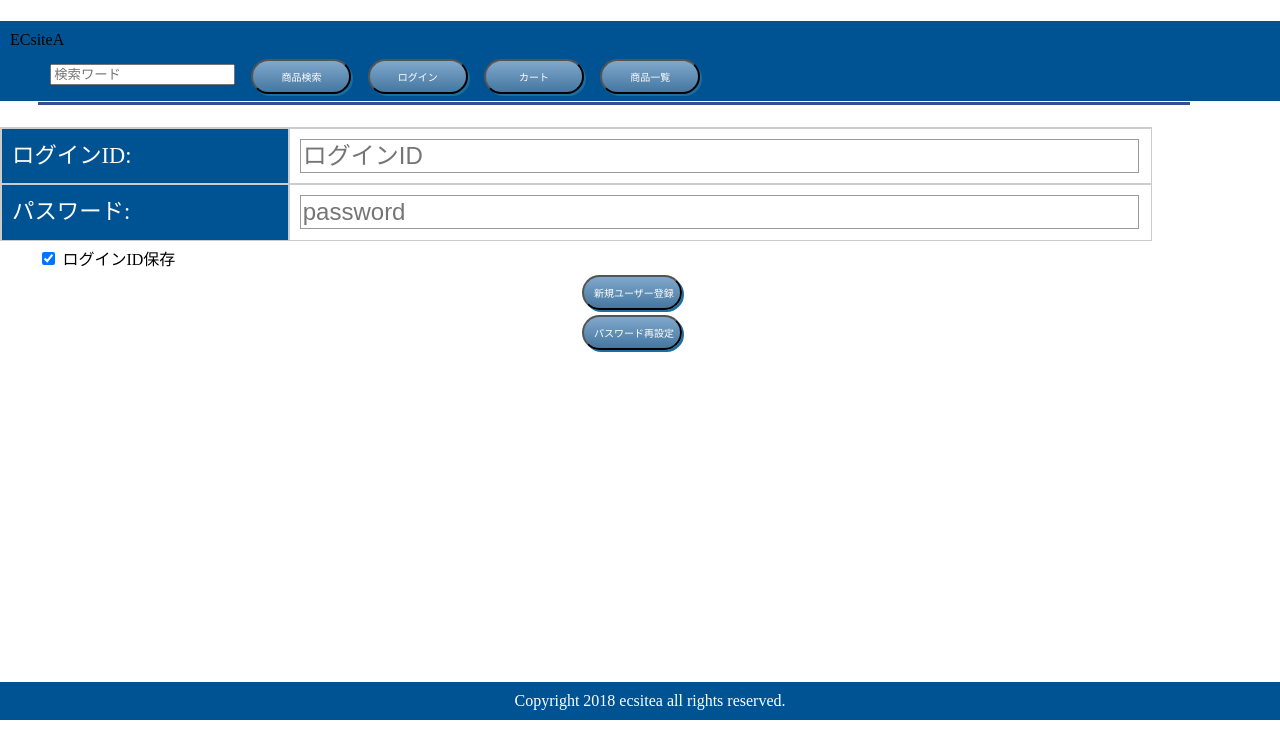
Repository: YougA-pi-URA/eclipse-work-space
Page: http://localhost/ecsitea/login.jsp
These files come from the project's save history. The page is drawn as it stood at one moment and after the next save; the edit follows.
The browser window is 1280 px wide. The pictures show the whole page.
Some web libraries are served in a nearby version. The page is served by Tomcat 9. Other server files are loaded and not shown.

Above is the page before, as saved 2018-09-06 07:39:05.
Console error (its wording comes from the project's code and is left out).

### ecsitea/WebContent/login.jsp
<%@ page language="java" contentType="text/html; charset=UTF-8"
    pageEncoding="UTF-8"%>
<%@ taglib prefix="s" uri="/struts-tags" %>
<%@ taglib prefix="c" uri="http://java.sun.com/jsp/jstl/core" %>
<!DOCTYPE html>
<html>
<head>
<meta charset="UTF-8">
<link rel="stylesheet" href="./css/style.css">
<title>ログイン</title>
<script>
function goLoginAction(){
	document.getElementById("form").action="GoLoginAction";
}
function goCreateUserAction(){
	document.getElementById("form").action="CreateUserAction";
}
function goResetPasswordAction(){
	document.getElementById("form").action="ResetPasswordAction";
}
</script>
</head>
<body>

	<jsp:include page="header.jsp" />
	<div id="containts">
		<h1>ログイン画面</h1>

		<s:form id="form" action="LoginAction">
			<s:if test="!#session.loginIdErrorMessageList.isEmpty()">
				<div class="error">
					<s:iterator value="#session.loginIdErrorMessageList">
						<s:property/><br>
					</s:iterator>
				</div>
			</s:if>

			<s:if test="!#session.passwordErrorMessageList.isEmpty()">
				<div class="error">
					<s:iterator value="#session.passwordErrorMessageList">
						<s:property/><br>
					</s:iterator>
				</div>
			</s:if>

			<table class="vertical-list-table">
				<tr>
					<th scope="row"><s:label value="ログインID:" /></th>
					<s:if test="#session.savedLoginId=true">
					<td><s:textfield name="loginId" class="txt" placeholder="ログインID" value="%{#session.loginId}" autocomplete="off" /></td>
					</s:if>
					<s:else>
					<td><s:textfield name="loginId" class="txt" placeholder="ログインID" autocomplete="off" /></td>
					</s:else>
				</tr>

				<tr>
					<th scope="row"><s:label value="パスワード:" /></th>
					<td><s:password name="password" class="txt" placeholder="password" autocomplete="off" /></td>
				</tr>
			</table>
			<div class="box">
				<s:if test="#session.savedLoginId==true">
					<s:checkbox name="savedLoginId" checked="checked" />
				</s:if>
				<s:else>
					<s:checkbox name="savedLoginId" />
				</s:else>
				<s:label value="ログインID保存" /><br>
			</div>
		</s:form>
		<br>
		<div class="submit_btn_box">
			<div id=".contents-btn-set">
				<s:form action="CreateUserAction">
					<s:submit value="新規ユーザー登録" class="submit_btn" />
				</s:form>
			</div>
		</div>
		<div class="submit_btn_box">
			<div id=".contents-btn-set">
				<s:form action="ResetPasswordAction">
					<s:submit value="パスワード再設定" class="submit_btn" />
				</s:form>
			</div>
		</div>
	</div>
	<s:include value="footer.jsp" />

</body>
</html>

### ecsitea/WebContent/header.jsp
<%@ page language="java" contentType="text/html; charset=UTF-8"
    pageEncoding="UTF-8"%>
<%@ taglib prefix="s" uri="/struts-tags" %>
<%@ taglib prefix="c" uri="http://java.sun.com/jsp/jstl/core" %>
<!DOCTYPE html>
<html>
<head>
<!-- <link rel="stylesheet" href="./css/style.css"> -->
<meta charset="UTF-8">
<script>
function goLoginAction(){
	document.getElementById("form").action="GoLoginAction";
}
function goMyPageAction(){
	document.getElementById("form").action="GoMyPageAction";
}
function goCartAction(){
	document.getElementById("form").action="CartAction";
}
function goProductListAction(){
	document.getElementById("categoryId").value=1;
	document.getElementById("form").action="ProductListAction";
}
function goLogoutAction(){
	document.getElementById("form").action="GoLogoutAction";
}
function goSearchItemAction(){
	document.getElementById("form").action="SearchItemAction";
}
</script>
<title>header</title>
</head>
<body>
<header>

	<div id="header">
		<div id="header=title">
			ECsiteA
		</div>
		<div id="header-menu">
			<ul>
				<s:form id="form" name="form">

					<s:if test="#session.containsKey('mCategoryDTOList')">
						<li><s:select name="categoryId" list="#session.mCategoryDTOList" listValue="categoryName" listKey="categoryId" class="cs-div" id="categoryId" /></li>
					</s:if>

					<li><s:textfield name="keywords" class="text-keywords" placeholder="検索ワード" /></li>
					<li><s:submit value="商品検索" class="submit_btn" onclick="goSearchAction();" /></li>

					<s:if test="#session.logined==1">
						<li><s:submit value="ログアウト" class="submit_btn" onclick="goLogoutAction();" /></li>
					</s:if>
					<s:else>
						<li><s:submit value="ログイン" class="submit_btn" onclick="goLoginAction();" /></li>
					</s:else>

					<li><s:submit value="カート" class="submit_btn" onclick="goCartAction();" /></li>

					<li><s:submit value="商品一覧" class="submit_btn" onclick="goProductListAction();" /></li>

					<s:if test="#session.logined==1">
						<li><s:submit value="マイページ" class="submit_btn" onclick="goMyPageAction();" /></li>
					</s:if>

				</s:form>
			</ul>
		</div>
	</div>

</header>
</body>
</html>

### ecsitea/WebContent/footer.jsp
<%@ page language="java" contentType="text/html; charset=UTF-8"
    pageEncoding="UTF-8"%>
<%@ taglib prefix="s" uri="/struts-tags" %>
<%@ taglib prefix="c" uri="http://java.sun.com/jsp/jstl/core" %>
<!DOCTYPE html>
<html>
<head>
<link rel="stylesheet" href="./css/style.css">
<link rel="text/javascript" href="./js/smoothscroll.js">
<meta charset="UTF-8">
<script type="text/javascript" src="http://code.jquery.com/jquery-3.1.0.min.js"></script>
<script src="js/smoothscroll.js"></script>
<title>footer</title>
</head>
<body>

	<div id="footer">
		Copyright 2018 ecsitea all rights reserved.
	</div>

</body>
</html>

### ecsitea/WebContent/js/smoothscroll.js
$(function(){
	$('a href^="#"').click(function(){
		var speed = 500;
		var href = $(this).attr("href");
		var target = $$(href == "#" || href == "" ? 'html' : href);
		var position = target.offset().top;
		$("html,body").animate({
			scrollTop : position
		}, speed, "swing");
		return false;
	});
});

Loaded but not shown: ecsitea/WebContent/css/style.css (common file)

After the next save:
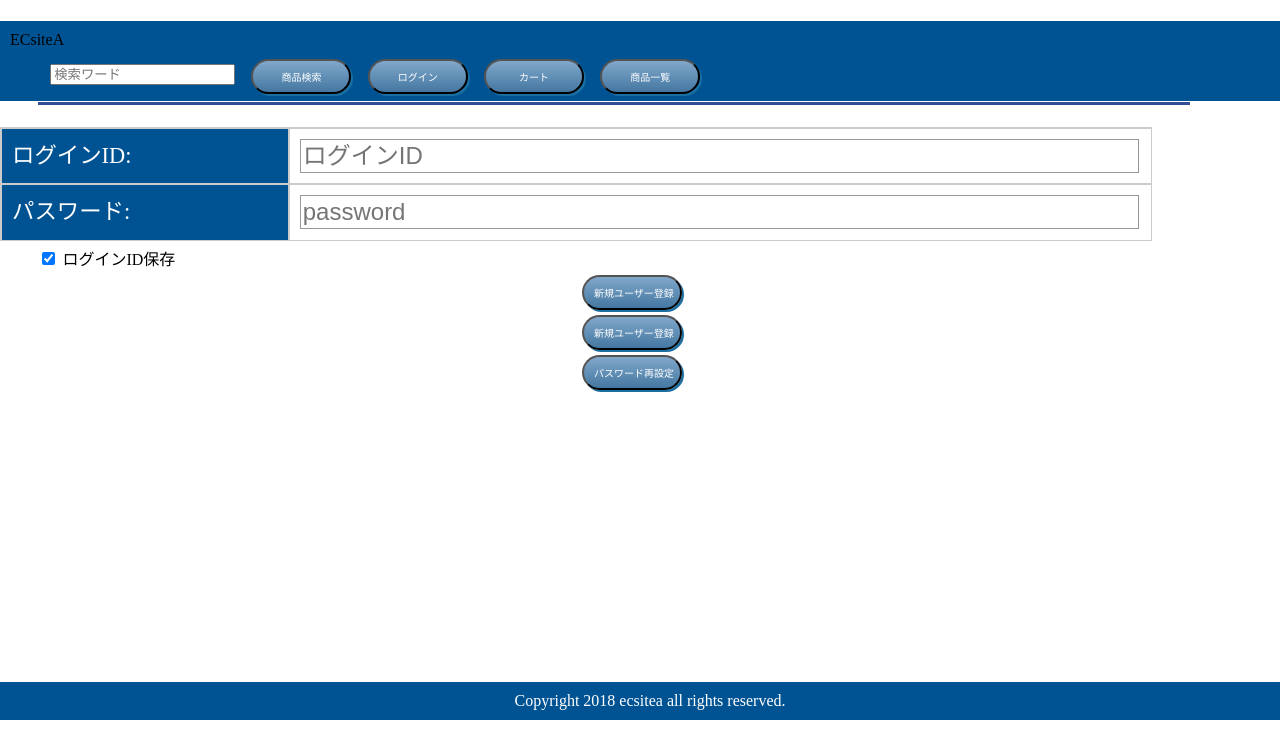
Saved 6 min 3 s later.
--- a/ecsitea/WebContent/login.jsp
+++ b/ecsitea/WebContent/login.jsp
@@ -68,6 +68,9 @@ function goResetPasswordAction(){
 				</s:else>
 				<s:label value="ログインID保存" /><br>
 			</div>
+			<div class="submit_btn_box">
+				<s:submit value="新規ユーザー登録" class="submit_btn" />
+			</div>
 		</s:form>
 		<br>
 		<div class="submit_btn_box">
